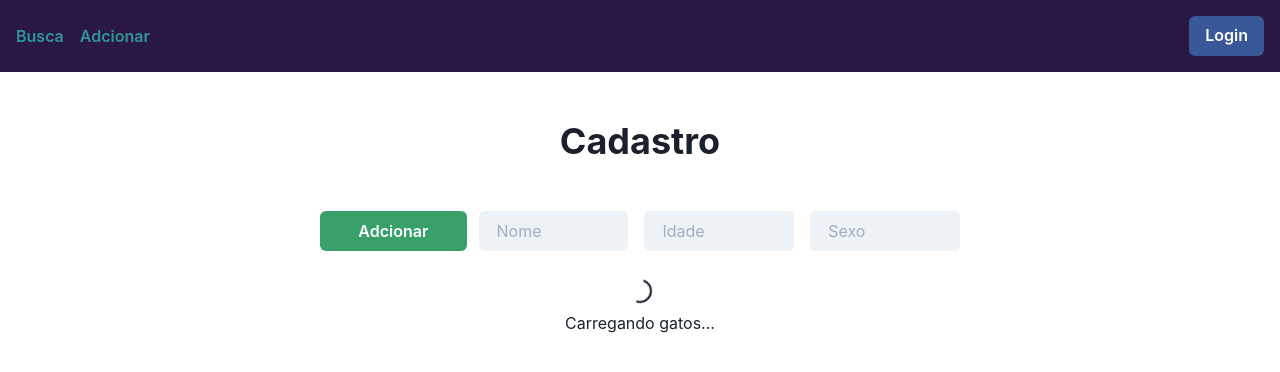
Repository: thislucasme/front-end-cats-react.js
Page: /cadastro
An editor plug-in stored every save of this project. The page is shown before and after the next save, followed by the edit.
The browser window is 1280 px wide. The pictures show the whole page.
The page's requests for data from a server got no answer. The project was rebuilt for these pictures with package versions that can differ from the ones it lists, and the page was loaded fresh each time. No one was signed in, and anything a server would have sent is missing. Also part of the build but not shown: src/hooks/gato.hooks.ts, src/pages/busca.gatos.tsx, src/pages/login.tsx, src/pages/casdastro.tsx.

Above is the page before, as saved 2021-10-27 16:35:13.

After the next save:
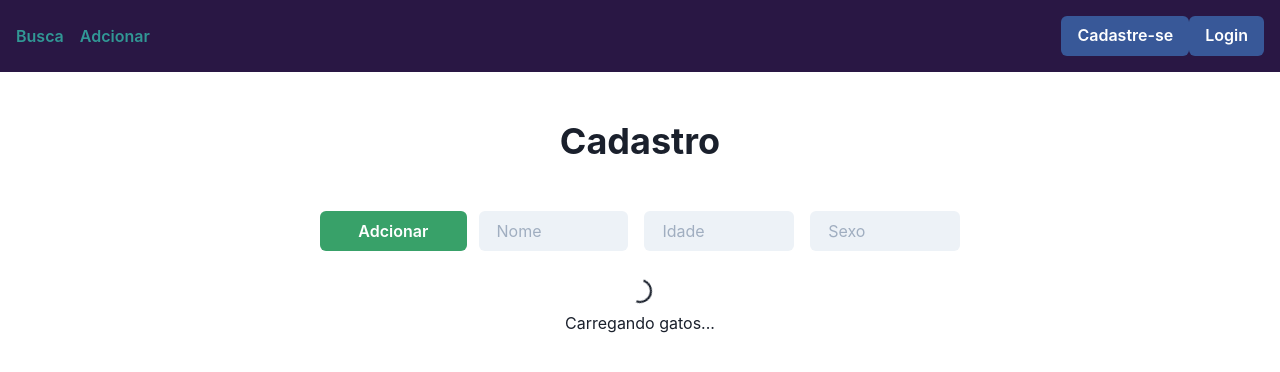
Saved 54 s later.
--- a/src/components/menu.tsx
+++ b/src/components/menu.tsx
@@ -15,6 +15,7 @@ export const Menu = () => {
 					Adcionar
 				</Button>
 				<Spacer />
+				<Button onClick={() => { openLink('/cadastro/user') }} colorScheme="facebook">Cadastre-se</Button>
 				<Button onClick={() => { openLink('/login') }} colorScheme="facebook">Login</Button>
 			</Flex>
 		</>
